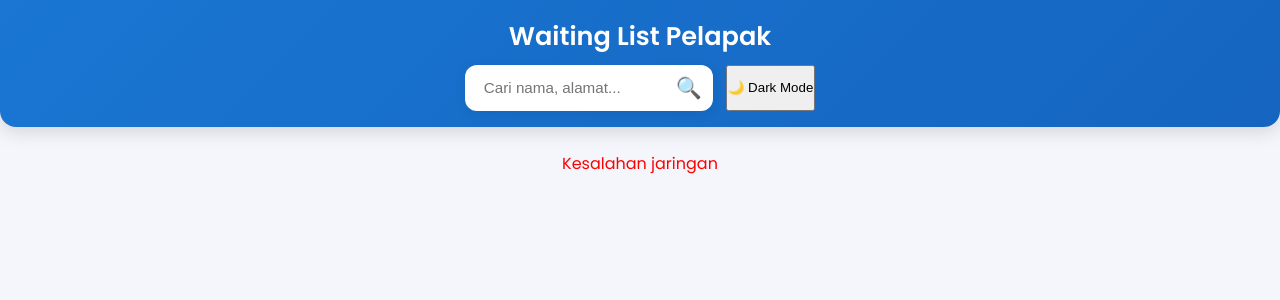
Repository: pasarrakyatbak/WaitingListforPanitia
Page: index.html
These files come from the project's save history. The page is drawn as it stood at one moment and after the next save; the edit follows.
The browser window is 1280 px wide. The pictures show the whole page.
The page's requests for data from a server got no answer.

Above is the page before, as saved 2025-09-25 16:06:40.

After the next save:
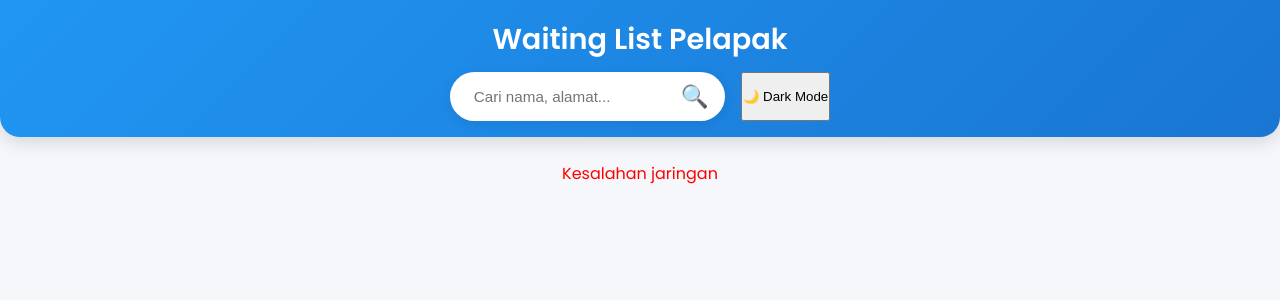
Saved 103 s later.
--- a/style.css
+++ b/style.css
@@ -1,4 +1,4 @@
-/* Reset & global */
+/* Reset & Global */
 * {
     margin: 0;
     padding: 0;
@@ -7,8 +7,8 @@
 
 body {
     font-family: "Poppins", sans-serif;
-    background: #f4f6fb;
-    color: #222;
+    background: #f5f7fa;
+    color: #212121;
     display: flex;
     flex-direction: column;
     min-height: 100vh;
@@ -18,30 +18,29 @@ body {
 
 /* App Bar */
 .app-bar {
-    background: linear-gradient(135deg, #1976d2, #1565c0);
-    color: #fff;
-    padding: 1rem;
+    background: linear-gradient(135deg, #2196f3, #1976d2);
+    color: #fff;
+    padding: 1rem 1.5rem;
     text-align: center;
     box-shadow: 0 4px 20px rgba(0, 0, 0, 0.15);
     position: sticky;
     top: 0;
-    z-index: 20;
-    border-bottom-left-radius: 16px;
-    border-bottom-right-radius: 16px;
+    z-index: 100;
+    border-bottom-left-radius: 20px;
+    border-bottom-right-radius: 20px;
 }
 
 .app-bar h1 {
-    font-size: 1.6rem;
+    font-size: 1.8rem;
     font-weight: 600;
-    margin-bottom: 0.5rem;
 }
 
 .header-actions {
     display: flex;
     justify-content: center;
-    gap: 0.8rem;
+    gap: 1rem;
     flex-wrap: wrap;
-    margin-top: 0.5rem;
+    margin-top: 0.6rem;
 }
 
 /* Search */
@@ -49,19 +48,24 @@ body {
     display: flex;
     align-items: center;
     background: #fff;
-    border-radius: 12px;
-    padding: 0.4rem 0.7rem;
+    border-radius: 50px;
+    padding: 0.5rem 1rem;
     box-shadow: 0 3px 12px rgba(0, 0, 0, 0.08);
-    transition: background 0.3s;
+    transition: all 0.3s ease;
+}
+
+.search-container:focus-within {
+    box-shadow: 0 4px 16px rgba(33, 150, 243, 0.4);
 }
 
 .search-container input {
     border: none;
     outline: none;
     padding: 0.5rem;
-    width: 200px;
+    width: 100%;
     font-size: 0.95rem;
     background: transparent;
+    color: inherit;
 }
 
 .search-container button {
@@ -69,7 +73,7 @@ body {
     border: none;
     cursor: pointer;
     color: #1976d2;
-    font-size: 1.3rem;
+    font-size: 1.4rem;
     transition: transform 0.2s;
 }
 
@@ -91,11 +95,11 @@ body {
 }
 
 .spinner {
-    border: 4px solid #eee;
-    border-top: 4px solid #1976d2;
+    border: 4px solid #e0e0e0;
+    border-top: 4px solid #2196f3;
     border-radius: 50%;
-    width: 36px;
-    height: 36px;
+    width: 40px;
+    height: 40px;
     animation: spin 1s linear infinite;
 }
 
@@ -109,21 +113,20 @@ body {
 .grid {
     display: grid;
     grid-template-columns: repeat(auto-fit, minmax(260px, 1fr));
-    gap: 1.2rem;
+    gap: 1.5rem;
     padding: 1.5rem;
 }
 
 /* Card */
 .card {
     position: relative;
-    background: rgba(255, 255, 255, 0.9);
-    border-radius: 18px;
-    padding: 1.2rem;
-    box-shadow: 0 6px 25px rgba(0, 0, 0, 0.08);
+    background: #fff;
+    border-radius: 16px;
+    padding: 1.5rem;
+    box-shadow: 0 6px 20px rgba(0, 0, 0, 0.08);
     transition: transform 0.3s, box-shadow 0.3s;
     display: flex;
     flex-direction: column;
-    backdrop-filter: blur(6px);
 }
 
 .card:hover {
@@ -132,38 +135,38 @@ body {
 }
 
 .card.done::after {
-    content: "✅";
+    content: "✔";
     position: absolute;
     top: 12px;
     right: 12px;
     font-size: 1.2rem;
+    color: #4caf50;
 }
 
 .card .title {
     font-weight: 600;
-    font-size: 1.1rem;
+    font-size: 1.2rem;
     margin-bottom: 0.5rem;
 }
 
 .card .subtitle {
     font-size: 0.9rem;
-    color: #555;
-    margin-bottom: 0.25rem;
+    color: #666;
 }
 
 .card .actions {
-    margin-top: 0.8rem;
-    display: flex;
-    gap: 0.6rem;
+    margin-top: 1rem;
+    display: flex;
+    gap: 0.7rem;
 }
 
 /* Buttons */
 .btn {
     flex: 1;
-    padding: 0.55rem;
+    padding: 0.6rem;
     border-radius: 12px;
     font-weight: 500;
-    font-size: 0.85rem;
+    font-size: 0.9rem;
     display: flex;
     align-items: center;
     justify-content: center;
@@ -174,23 +177,21 @@ body {
 }
 
 .btn.primary {
-    background: linear-gradient(135deg, #43a047, #2e7d32);
+    background: linear-gradient(135deg, #4caf50, #388e3c);
     color: #fff;
 }
 
 .btn.primary:hover {
-    transform: translateY(-2px);
-    box-shadow: 0 6px 15px rgba(46, 125, 50, 0.35);
+    box-shadow: 0 6px 15px rgba(56, 142, 60, 0.35);
 }
 
 .btn.danger {
-    background: linear-gradient(135deg, #e53935, #b71c1c);
+    background: linear-gradient(135deg, #f44336, #c62828);
     color: #fff;
 }
 
 .btn.danger:hover {
-    transform: translateY(-2px);
-    box-shadow: 0 6px 15px rgba(183, 28, 28, 0.35);
+    box-shadow: 0 6px 15px rgba(198, 40, 40, 0.35);
 }
 
 .btn .btn-card-spinner {
@@ -219,11 +220,10 @@ body {
 }
 
 .modal-content {
-    background: rgba(255, 255, 255, 0.95);
-    backdrop-filter: blur(10px);
+    background: #fff;
     padding: 2rem;
     border-radius: 20px;
-    max-width: 380px;
+    max-width: 400px;
     width: 90%;
     text-align: center;
     box-shadow: 0 10px 30px rgba(0, 0, 0, 0.2);
@@ -231,7 +231,7 @@ body {
 }
 
 .modal-actions {
-    margin-top: 1rem;
+    margin-top: 1.2rem;
     display: flex;
     justify-content: space-around;
 }
@@ -239,7 +239,7 @@ body {
 /* Toast */
 .toast {
     position: fixed;
-    top: 10%;
+    top: 12%;
     left: 50%;
     transform: translateX(-50%) scale(0.9);
     background: #323232;
@@ -261,11 +261,11 @@ body {
 }
 
 .toast.success {
-    background: #2e7d32;
+    background: #4caf50;
 }
 
 .toast.error {
-    background: #c62828;
+    background: #f44336;
 }
 
 .toast button {
@@ -288,15 +288,15 @@ body {
 .pagination button {
     padding: 0.5rem 1rem;
     border-radius: 20px;
-    border: 1px solid #1976d2;
+    border: 1px solid #2196f3;
     background: #fff;
-    color: #1976d2;
+    color: #2196f3;
     cursor: pointer;
     transition: all 0.3s ease;
 }
 
 .pagination button.active {
-    background: #1976d2;
+    background: #2196f3;
     color: #fff;
 }
 
@@ -320,32 +320,32 @@ body.dark {
 }
 
 body.dark .app-bar {
-    background: linear-gradient(135deg, #1f1f1f, #121212);
+    background: linear-gradient(135deg, #2c2c2c, #121212);
 }
 
 body.dark .search-container {
     background: #1f1f1f;
-    color: #fff;
+    color: #e0e0e0;
 }
 
 body.dark .search-container input {
+    color: #fff;
+}
+
+body.dark .card {
+    background: #1e1e1e;
+    box-shadow: 0 6px 25px rgba(0, 0, 0, 0.5);
+}
+
+body.dark .modal-content {
+    background: #2a2a2a;
     color: #e0e0e0;
 }
 
-body.dark .card {
-    background: rgba(32, 32, 32, 0.9);
-    color: #e0e0e0;
-    box-shadow: 0 6px 25px rgba(0, 0, 0, 0.5);
-}
-
-body.dark .modal-content {
-    background: rgba(40, 40, 40, 0.95);
-}
-
 body.dark .pagination button {
-    border-color: #4caf50;
-    color: #4caf50;
-    background: #121212;
+    border-color: #81c784;
+    color: #81c784;
+    background: transparent;
 }
 
 body.dark .pagination button.active {
